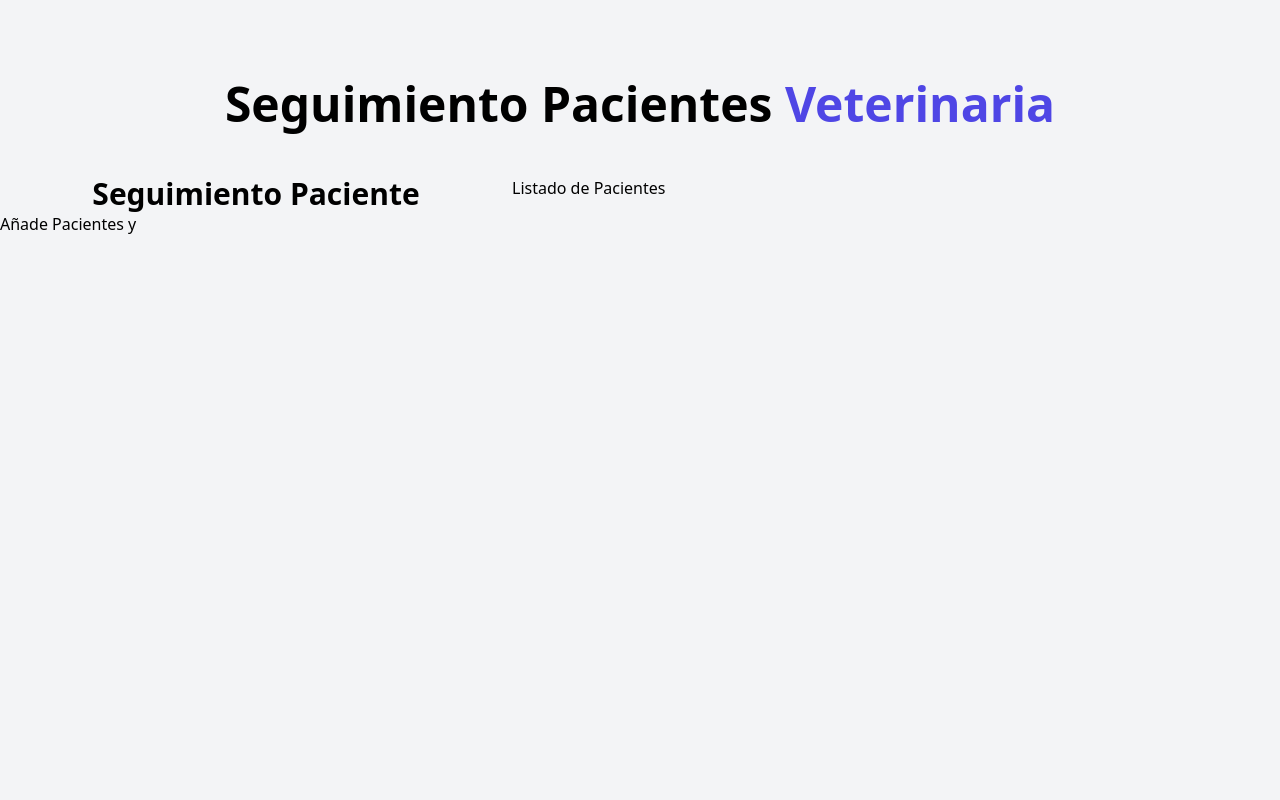
Repository: richardacb/citas_react_vite
Page: /
These files come from the project's save history. The page is drawn as it stood at one moment and after a run of saves; the edit follows.
The browser window is 1280 px wide. The pictures show the whole page.
The project was rebuilt for these pictures with package versions that can differ from the ones it lists, and the page was loaded fresh each time. Also part of the build but not shown: vite.config.js.

Above is the page before, as saved 2022-12-17 02:36:42.

### src/App.jsx
import { useState } from "react";
import Header from "./components/Header";
import Formulario from "./components/Formulario";
import ListadoPacientes from "./components/ListadoPacientes";

function App() {
  return (
    <div className="container mx-auto mt-20">
      <Header />
      <div className="mt-12 md:flex">
        <Formulario />
        <ListadoPacientes />
      </div>
    </div>
  );
}

export default App;

### src/components/Header.jsx
function Header() {
  return (
    <>
        <h1 className="font-black text-5xl text-center md:w-2/3 mx-auto">Seguimiento Pacientes {''}
         <span className="text-indigo-600">Veterinaria</span></h1>
    </>
  );
}

export default Header;

### src/components/Formulario.jsx
const Formulario = () => {
    return (
        <div className="md:w-1/2 lg:w-2/5">
            <h2 className="font-black text-3xl text-center">Seguimiento Paciente</h2>

            <p>
                Añade Pacientes y {''}
            </p>
        </div>
    )
}

export default Formulario;

### src/components/ListadoPacientes.jsx
const ListadoPacientes = () => {
  return (
    <div className="w-1/2 lg:w-3/5">
      <h2>Listado de Pacientes</h2>
    </div>
  );
};

export default ListadoPacientes;

Loaded but not shown: index.html (common file); src/main.jsx (common file); src/index.css (common file); tailwind.config.cjs (common file)

After the next 3 saves:
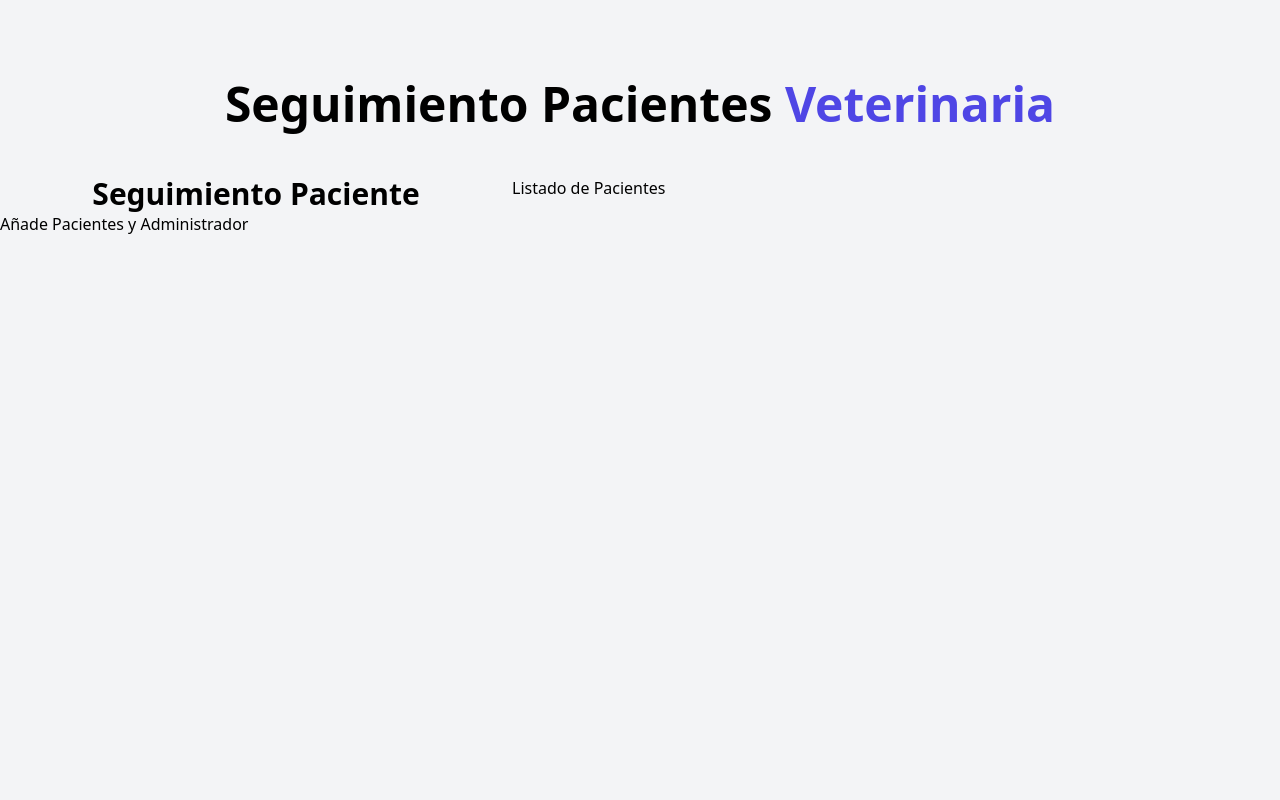
The 3 saves are shown as one change because they came seconds apart.
The last was saved 10 s later.
--- a/src/components/Formulario.jsx
+++ b/src/components/Formulario.jsx
@@ -4,7 +4,7 @@ const Formulario = () => {
             <h2 className="font-black text-3xl text-center">Seguimiento Paciente</h2>
 
             <p>
-                Añade Pacientes y {''}
+                Añade Pacientes y {''} <span>Administrador </span>
             </p>
         </div>
     )
